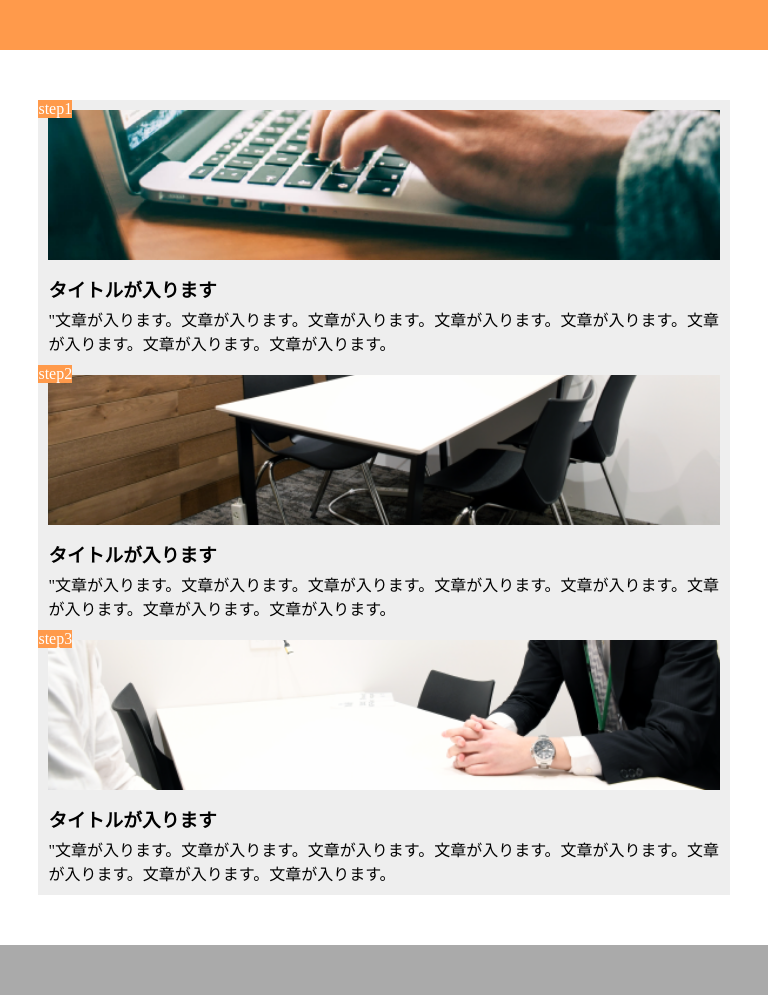
Repository: hal96no/caravan
Page: caravan/index.html
The author's editor kept a record of every edit. The page is drawn from the files as they stood at one moment, then again after the next edit.
The browser window is 768 px wide. The pictures show the whole page.

Above is the page before.

After the next edit:
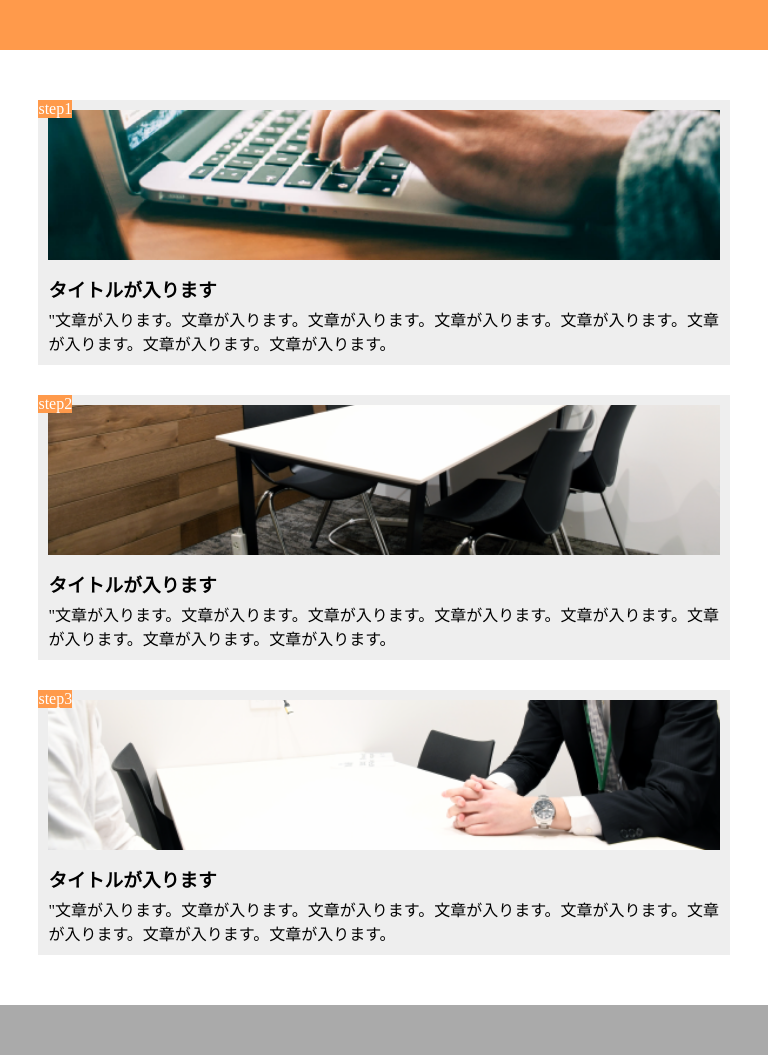
The edit:
--- a/caravan/style.css
+++ b/caravan/style.css
@@ -78,8 +78,8 @@
 
 .step-box {
    width: 90%;
+   margin: 0 auto;
    margin-bottom: 30px;
-   margin: 0 auto;
 }
 
 .step-box:last-child {
